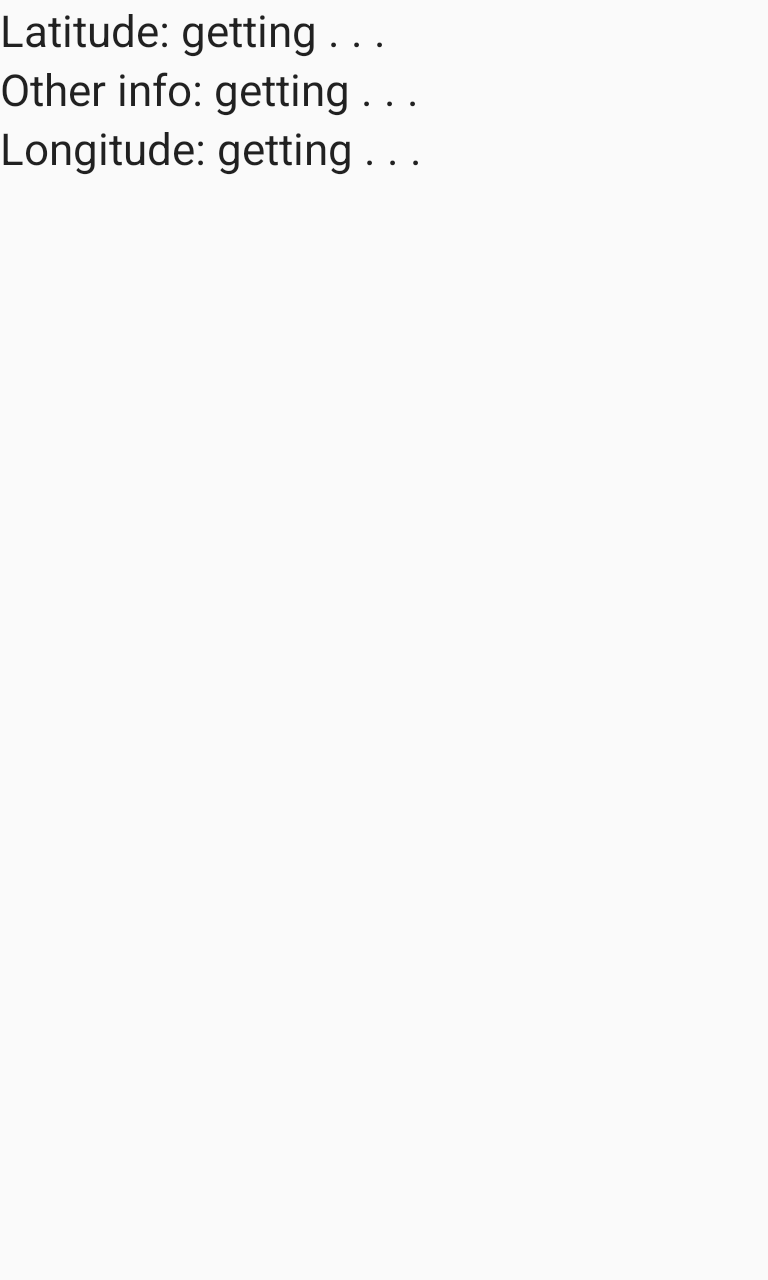
Repository: isitso/android_class
Layout: GPSDemo/res/layout/activity_main.xml
These files come from the project's save history. The layout is drawn as it stood at one moment and after the next save; the edit follows.
It is drawn on a 768 x 1280 px phone screen (xhdpi) without system bars, with theme AppTheme; the app's code is not run.

Above is the layout before, as saved 2014-04-29 17:54:24.

### GPSDemo/res/layout/activity_main.xml
<RelativeLayout xmlns:android="http://schemas.android.com/apk/res/android"
    android:layout_width="fill_parent"
    android:layout_height="fill_parent" >

    <TextView
        android:id="@+id/latView"
        android:layout_width="wrap_content"
        android:layout_height="wrap_content"
        android:layout_alignParentLeft="true"
        android:layout_alignParentTop="true"
        android:text="Latitude: getting . . ."
        android:textAppearance="?android:attr/textAppearanceLarge" />

    <TextView
        android:id="@+id/otherView"
        android:layout_width="wrap_content"
        android:layout_height="wrap_content"
        android:layout_alignParentLeft="true"
        android:layout_below="@+id/latView"
        android:text="Other info: getting . . ."
        android:textAppearance="?android:attr/textAppearanceLarge" />

    <TextView
        android:id="@+id/longView"
        android:layout_width="wrap_content"
        android:layout_height="wrap_content"
        android:layout_alignParentLeft="true"
        android:layout_below="@+id/otherView"
        android:text="Longitude: getting . . . "
        android:textAppearance="?android:attr/textAppearanceLarge" />

</RelativeLayout>

Loaded but not shown: GPSDemo/res/values/styles.xml (common file); GPSDemo/res/values-v11/styles.xml (common file); GPSDemo/res/values-v14/styles.xml (common file)

After the next save:
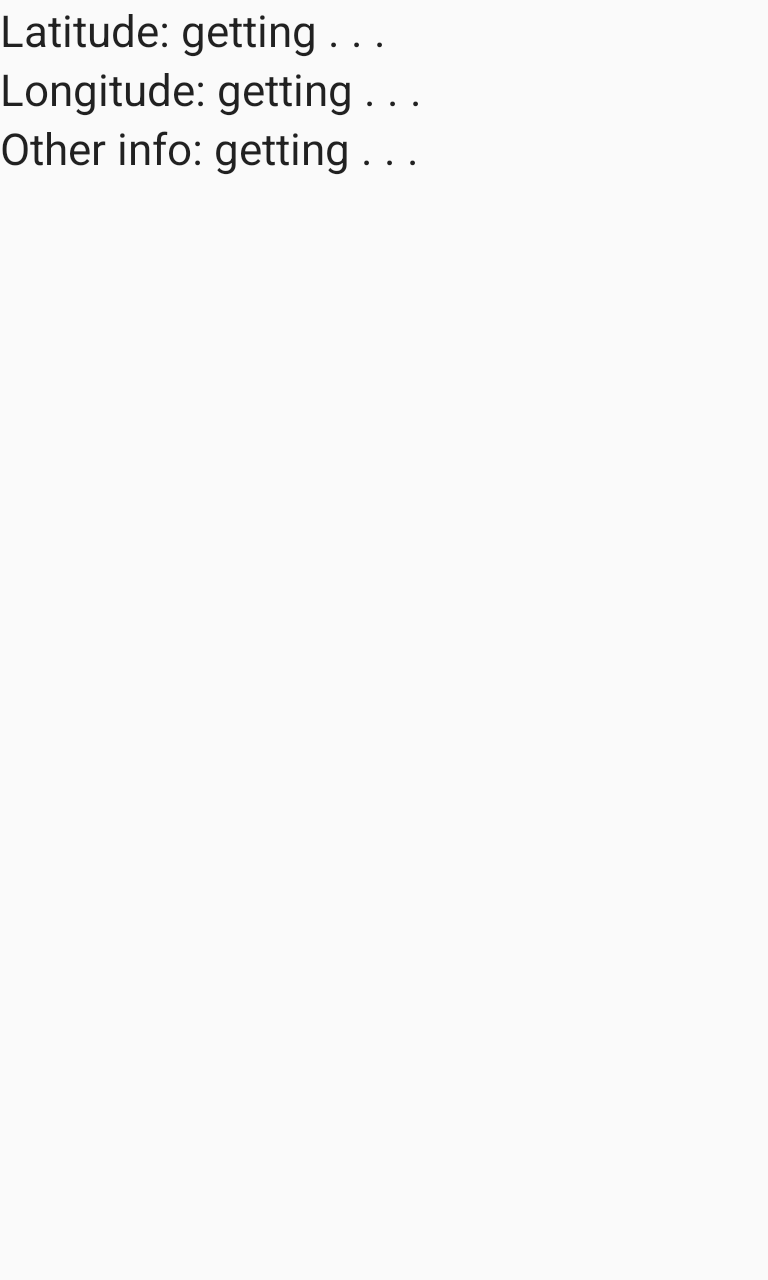
Saved 15 s later.
--- a/GPSDemo/res/layout/activity_main.xml
+++ b/GPSDemo/res/layout/activity_main.xml
@@ -12,21 +12,21 @@
         android:textAppearance="?android:attr/textAppearanceLarge" />
 
     <TextView
+        android:id="@+id/longView"
+        android:layout_width="wrap_content"
+        android:layout_height="wrap_content"
+        android:layout_alignParentLeft="true"
+        android:layout_below="@+id/latView"
+        android:text="Longitude: getting . . . "
+        android:textAppearance="?android:attr/textAppearanceLarge" />
+
+    <TextView
         android:id="@+id/otherView"
         android:layout_width="wrap_content"
         android:layout_height="wrap_content"
         android:layout_alignParentLeft="true"
-        android:layout_below="@+id/latView"
+        android:layout_below="@+id/longView"
         android:text="Other info: getting . . ."
         android:textAppearance="?android:attr/textAppearanceLarge" />
 
-    <TextView
-        android:id="@+id/longView"
-        android:layout_width="wrap_content"
-        android:layout_height="wrap_content"
-        android:layout_alignParentLeft="true"
-        android:layout_below="@+id/otherView"
-        android:text="Longitude: getting . . . "
-        android:textAppearance="?android:attr/textAppearanceLarge" />
-
 </RelativeLayout>
